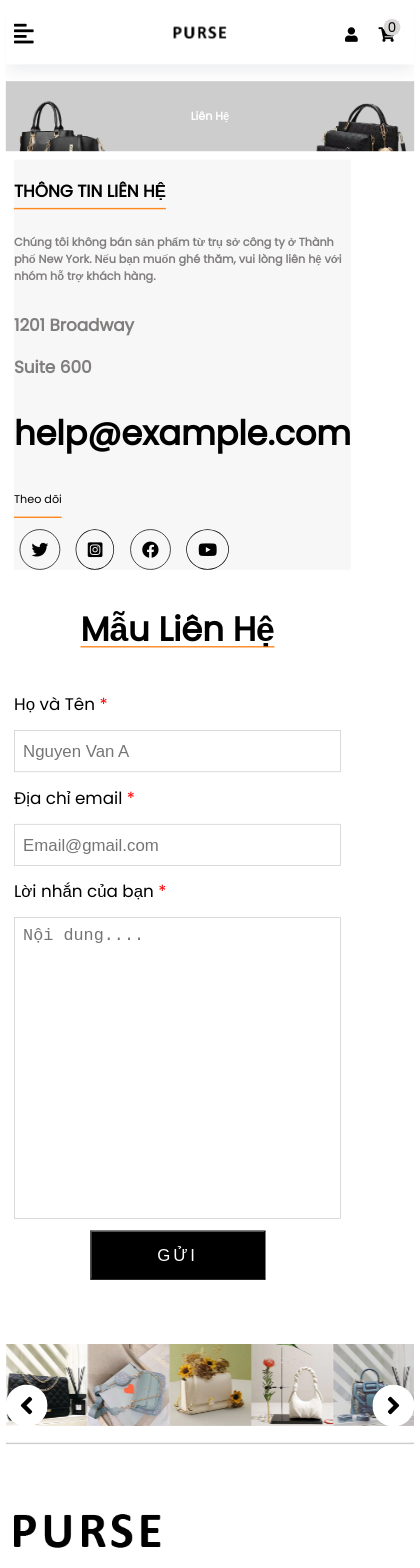
Repository: minh352623/project_firebase
Page: contact.html
An editor plug-in stored every save of this project. The page is shown before and after the next save, followed by the edit.
The browser window is 600 px wide. The pictures show the part of the page from y = 0 to 2240 px (the page is 3188 px tall), at 70% of full size.
Some web libraries are served in a nearby version.

Above is the page before, as saved 2022-05-12 20:17:40.

### contact.html
<!DOCTYPE html>
<html lang="en">

<head>
  <meta charset="UTF-8" />
  <meta http-equiv="X-UA-Compatible" content="IE=edge" />
  <meta name="viewport" content="width=device-width, initial-scale=1.0" />
  <link rel="icon" href="./assets/img/logo.webp">

  <link rel="stylesheet" href="https://cdnjs.cloudflare.com/ajax/libs/font-awesome/5.15.4/css/all.min.css"
    integrity="sha512-1ycn6IcaQQ40/MKBW2W4Rhis/DbILU74C1vSrLJxCq57o941Ym01SwNsOMqvEBFlcgUa6xLiPY/NS5R+E6ztJQ=="
    crossorigin="anonymous" referrerpolicy="no-referrer" />
  <link rel="preconnect" href="https://fonts.googleapis.com" />
  <link rel="preconnect" href="https://fonts.gstatic.com" crossorigin />
  <link href="https://fonts.googleapis.com/css2?family=Poppins&display=swap" rel="stylesheet" />
  <link rel="stylesheet" href="./assets/css/base.css" />
  <link rel="stylesheet" type="text/css" href="https://cdn.jsdelivr.net/npm/slick-carousel@1.8.1/slick/slick.css" />
  <link rel="stylesheet" href="./assets/css/main.css" />
  <link rel="stylesheet" href="./assets/css/contact.css">
  <link rel="stylesheet" href="./assets/css/reponsive.css">

  <title>Liên Hệ</title>
</head>

<body>
  <div class="app">
    <div class="header">
      <div class="navbar">
        <div class="icon-mobile-menu">
          <i class="fas fa-align-left"></i>
        </div>
        <div class="navbar-logo">
          <a href="#">
            <img src="./assets/img/logo.webp" alt="" />
          </a>
        </div>
        <div class="navbar-link ">
          <ul class="navbar-link-list">
            <li class="navbar-link-item mobile-hello"></li>

            <li><a href="trangchu.html" class="navbar-link-item">Trang Chủ</a></li>
            <li><a href="introduce.html" class="navbar-link-item">Giới Thiệu</a></li>
            <li class="link-hover">
              <a href="./product.html" class="navbar-link-item">Sản Phẩm<i class="fas fa-angle-down"></i></a>
              <ul class="product-selsect">
                <li><a href="">Yêu Thích</a></li>
                <li><a href="">Giảm Giá</a></li>
              </ul>
            </li>
            <li><a href="contact.html" class="navbar-link-item">Liên Hệ</a></li>
            <li><a href="" class="navbar-link-item">Thanh Toán</a></li>
            <li><a href="./register.html" class="navbar-link-item delete-log mobile-register">Đăng ký</a></li>
            <li><a href="./index.html" class="navbar-link-item delete-log mobile-login">Đăng nhập</a></li>
            <li><a href="./index.html" class="navbar-link-item mobile-exit">Thoát</a></li>
          </ul>
        </div>

        <div class="navbar-icon">
          <div class="navbar-log">
            <div class="log-in">
              <span>
                <a class="log-in-icon" href="./index.html">
                  Đăng nhập
                </a>
              </span>
            </div>
            <div class="register">
              <span class="register-char">/</span>
              <span><a class="register-icon" href="./register.html">Đăng ký</a></span>
            </div>
          </div>
          <div class="hello ">
            <span>Chào!</span>
            <span class="name-user "></span>
            <span >|</span>
            <a href="./index.html" class="exit">Thoát</a>
          </div>
          <div class="navbar-icon-list">
            <a href="./user.html " class="navbar-icon-item user-icon">
              <i class="fas fa-user"></i>
            </a>
            <span class="navbar-icon-item cart">
              <i class="fas fa-cart-plus"></i>
              <span class="quantity-item">0</span>

            </span>
            <span class="navbar-icon-item search">
              <i class="fas fa-search"></i>
            </span>
          </div>
        </div>
      </div>
    </div>

    <div class="main">
      <div class="contact-banner">
        <h2 class="contact-title">
          Liên Hệ
        </h2>
        <div class="contact-link none">
          <span>Trang chủ</span>
          <span>></span>
          <span>Liên hệ</span>

        </div>
      </div>
      <div class="contact-container">
        <div class="contact-top">
          <div class="contact-top__layout">
            <div class="contact-info">
              <h2 class="contact-info-border">THÔNG TIN LIÊN HỆ</h2>
              <p class="contact-content">Chúng tôi không bán sản phẩm từ trụ sở công ty
                ở Thành phố New York. Nếu bạn muốn ghé thăm, vui lòng liên hệ với nhóm hỗ trợ khách hàng.</p>
              <div>

                <p>1201 Broadway</p>
                <p> Suite 600</p>
              </div>
              <h2 class="contact-email">help@example.com</h2>
              <p class="contact-info-border">Theo dõi</p>

              <div class="contact-info__icon">
                <span class="contact-info__icon-tw">
                  <i class="fab fa-twitter"></i>
                </span>
                <span class="contact-info__icon-insta">
                  <i class="fab fa-instagram-square"></i>
                </span>
                <span class="contact-info__icon-face">
                  <i class="fab fa-facebook"></i>
                </span>
                <span class="contact-info__icon-youtube">
                  <i class="fab fa-youtube"></i>
                </span>
              </div>


            </div>
            <div class="contact-images ">
              <img src="./assets/img/contact/contact-bn2.png" alt="">
            </div>
          </div>

        </div>
        <div class="contact-form">
          <h1>Mẫu Liên Hệ</h1>
          <form class="contact-form-content">
            <div class="contact-form-content-top">
              <div class="contact-form-content-left">
                <div class="contact-form-content-item">
                  <p>Họ và Tên</p>
                  <span>*</span>
                </div>
                <input required type="text" placeholder="Nguyen Van A">
              </div>
              <div class="contact-form-content-right">
                <div class="contact-form-content-item">
                  <p>Địa chỉ email</p>
                  <span>*</span>
                </div>
                <input required type="email" placeholder="Email@gmail.com">
              </div>
            </div>
            <div class="contact-form-content-bot">
              <div class="contact-form-content-item">
                <p>Lời nhắn của bạn</p>
                <span>*</span>
              </div>
              <textarea required name="" id="" cols="50" rows="15" placeholder="Nội dung...."></textarea>
            </div>
            <div class="contact-form-content-btn">
              <button type="submit">GỬI</button>
            </div>

          </form>
        </div>

      </div>
      <div class="contact-instagram">
        <div class="contact-instagram-list">
          <div class="contact-instagram-list-item">
            <img src="./assets/img/contact/instagram1.webp" alt="">
            <div class="contact-instagram-list-item-hover">
              <i class="fab fa-instagram"></i>
            </div>
          </div>
          <div class="contact-instagram-list-item">
            <img src="./assets/img/contact/instagram2.webp" alt="">
            <div class="contact-instagram-list-item-hover">
              <i class="fab fa-instagram"></i>
            </div>
          </div>
          <div class="contact-instagram-list-item">
            <img src="./assets/img/contact/instagram3.webp" alt="">
            <div class="contact-instagram-list-item-hover">
              <i class="fab fa-instagram"></i>
            </div>
          </div>
          <div class="contact-instagram-list-item">
            <img src="./assets/img/contact/instagram4.webp" alt="">
            <div class="contact-instagram-list-item-hover">
              <i class="fab fa-instagram"></i>
            </div>
          </div>
          <div class="contact-instagram-list-item">
            <img src="./assets/img/contact/instagram5.webp" alt="">
            <div class="contact-instagram-list-item-hover">
              <i class="fab fa-instagram"></i>
            </div>
          </div>
          <div class="contact-instagram-list-item">
            <img src="./assets/img/contact/instagram6.webp" alt="">
            <div class="contact-instagram-list-item-hover">
              <i class="fab fa-instagram"></i>
            </div>
          </div>
          <div class="contact-instagram-list-item">
            <img src="./assets/img/contact/instagram7.webp" alt="">
            <div class="contact-instagram-list-item-hover">
              <i class="fab fa-instagram"></i>
            </div>
          </div>



        </div>


      </div>

    </div>

    <div class="footer">
      <div class="footer-content">
        <div class="footer-content-item">
          <div class="footer-content-img">
            <img src="./assets/img/logo.webp" alt="">
          </div>
          <p>Đơn giản tinh tế cho tâm trí độc lập</p>
          <div class="footer-content-icon">
            <a href="#"><i class="fab fa-twitter"></i></a>
            <a href="#"><i class="fab fa-facebook"></i></a>

            <a href="#"><i class="fab fa-instagram-square"></i></a>

          </div>
        </div>
        <div class="footer-content-item">
          <div class="footer-content-item-title">
            <span>Trợ Giúp & Thông Tin</span>
            <ul class="footer-content-item-list">
              <li>Hướng dẫn mua hàng</li>
              <li>Hướng dẫn thanh toán</li>
              <li>Chính sách bảo hành</li>
              <li>Chính sách đổi trả</li>
              <li>Tư vấn khách hàng</li>
            </ul>
          </div>
        </div>
        <div class="footer-content-item">
          <div class="footer-content-item-title">
            <span>Về Chúng Tôi</span>
            <ul class="footer-content-item-list">
              <li>Giới thiệu</li>
              <li>Tin khuyến mãi</li>
              <li>Liên hệ</li>
              <li>Địa chỉ cửa hàng</li>
              <li>Chính sách bảo mật </li>
            </ul>
          </div>
        </div>
        <div class="footer-content-item">
          <div class="footer-content-item-title">
            <span>Hỗ trợ khách hàng</span>
            <ul class="footer-content-item-list">
              <li>Tài khoản</li>
              <li>Giỏ hàng</li>
              <li>Thanh toán</li>
              <li>Kiểm tra đơn hàng</li>
              <li>Cảm nhận khách hàng</li>
            </ul>
          </div>
        </div>

      </div>



    </div>
  </div>
  <div class="model-cart ">
    <div class="cart-container">
      <div class="cart-top">
        <div class="clear cart-top-close">
          <i class="fas fa-times"></i>
        </div>
        <div class="cart-top-title">
          <span>Giỏ Hàng</span>
        </div>
        <div class="cart-top-quantity">
          <span>1</span>
        </div>

      </div>

      <div class="array-empty"></div>
      <div class="cart-center">
      </div>

      <div class="cart-bottom">
        <div class="cart-bottom-price">
          <span>Tổng tiền:</span>
          <span class="total-price">0</span>
        </div>

        <div class="cart-bottom-btn">
          <a href="#"> <button>Xem giỏ hàng</button></a>
          <a href="#"> <button>Thanh toán</button></a>

        </div>
      </div>
    </div>

  </div>

  <script type="text/javascript" src="https://code.jquery.com/jquery-1.11.0.min.js"></script>
  <script type="text/javascript" src="https://code.jquery.com/jquery-migrate-1.2.1.min.js"></script>
  <script type="text/javascript" src="https://cdn.jsdelivr.net/npm/slick-carousel@1.8.1/slick/slick.min.js"></script>
  <script src="./js/slick.js"></script>
  <script src="./js/main.js" type="module"></script>
  <script src="./js/user.js"></script>

</body>

</html>

### assets/css/base.css
:root{
    --background-main:#e4e4e4;
    --hover-color:#ff871d ;
    --white-color:#fff;
    --text-color: #000;

}

*{
    box-sizing:  border-box;
}

html{
    /* 16px */
    font-size: 100%;
    line-height: 1.6rem;
    font-family: 'Poppins', sans-serif;
    scroll-behavior: smooth;
}

### assets/css/contact.css
.contact-banner{
    background-image: url('../img/contact/contact-bn1.png');
    background-size: contain;
    height: 60vh;
    display: flex;
    flex-direction: column;
    justify-content: center;
    align-items: center;
}

.contact-title {
    color: #fff;
    font-size: 3rem;
}
.contact-link {
    font-size: 1.5rem;
    color: #fff;


}
.contact-container{

    width: 80%;
    margin: 24px auto;
}
.contact-top{
    display: flex;
    justify-content: center;
}
.contact-top__layout{
    display: grid;
    grid-template-columns: 1fr 1fr;
    background-color: #f7f7f7;
    padding: 8px;
}
.contact-info{
    padding: 0 30px;
    display: flex;
    flex-direction: column;
    justify-content: space-between;

}

.contact-images img{
    width: 100%;
    height: 100%;
    object-fit: cover;
}
.contact-info >div,
.contact-content{
    font-weight: 600;
    color: rgb(129, 126, 126);
    font-size: 1.5rem;
    line-height: 1.5;

}
.contact-email{
    font-size: 3rem;
}
.contact-info > p:nth-child(2){
    font-size: 1.4rem;
}


.contact-info__icon i{
    margin: 0 8px;
    padding: 16px;
    border: 1px solid #000;
    border-radius:50%;
    color: #000;
    cursor: pointer;

}
.contact-info__icon i:hover{
    background-color: var(--hover-color);
    color: var(--white-color)
}
.contact-form h1,
.contact-info-border{
    border-bottom: 2px solid #ff871d;
    display: inline;
    width: fit-content;
    padding: 12px 0;
}

.contact-form{
    display: flex;
    flex-direction: column;
    margin: 48px 0;
}
.contact-form h1{
    text-align: center;
    margin: 12px auto;
    font-size:3rem;
}
.contact-form-content{
    margin: 32px 0;
    font-size: 1.5rem;
}
.contact-form-content-top{
    display: grid;
    grid-template-columns: 1fr 1fr;
    grid-gap: 0 24px;
}

.contact-form-content-right input,
.contact-form-content-left input{
    width: 100%;
    height: 60px;
    font-size: 1.5rem;
    padding: 12px;
    border:1px solid #ccc;
}

.contact-form-content-bot textarea{
    width: 100%;
    resize: none;
    font-size: 1.5rem;
    padding: 12px;
    border-color: #ccc;

}
.contact-form-content-item p{
  display: inline-block;
}
.contact-form-content-item span{
    color: red;
    font-size: 1.5rem;
}

.contact-form-content-btn{
    text-align: center;
    padding: 12px;

}
.contact-form-content-btn button{
    width: 250px;
    height: 70px;
    font-size: 1.5rem;
    color: var(--white-color);
    background-color: var(--text-color);
    letter-spacing: 4px;
    cursor: pointer;
}
.contact-form-content-btn button:hover{
    background-color: var(--hover-color);
    border: 0;
}


.contact-instagram-list-item{
    position: relative;
    display: grid;
    grid-template-columns: repeat(4, 1fr);
    overflow: hidden;
}
.contact-instagram-list-item img{
    width: 100%;
    transition: all 0.6s ease;
    object-fit: cover;
}
.contact-instagram-list-item-hover{
    position: absolute;
    top: 0;
    left: 0;
    bottom: 0;
    right: 0;
    display: flex;
    justify-content: center;
    align-items: center;
    color: var(--white-color);
    font-size: 3rem;
    background-color: rgba(0, 0, 0, 0.6);
    visibility: hidden;
    opacity: 0;
    transition: all 1s ease;

}
.contact-instagram-list-item:hover img {
    transform: scale(1.2);
}

.contact-instagram-list-item:hover .contact-instagram-list-item-hover{
 visibility: visible;
 opacity: 1;

}
.user-icon{
    text-decoration: none;
    color: #000;
}

### assets/css/reponsive.css

@media (min-width: 740px) and (max-width: 1023px){

}
/* mobile */
@media  (max-width: 739px){
    .navbar-logo img {
        width: 75px;
    }
    .search {
        display: none;
    }
    .navbar-link {
        position: fixed;
        background-color: rgba(0, 0, 0, 0.4);
        z-index: 999;
        top: 0;
        bottom: 0;
        right: 0;
        left: 0;
        visibility: hidden;


    }
    .navbar-link.active{
        visibility: visible;
    }
    .navbar-link.active .navbar-link-list{
        transform: translateX(0);
        opacity: 1;
    }
    .navbar-link-list{
        position: absolute;
        background-color: #fff;
        top: 0;
        left: 0;
        bottom: 0;
        flex-direction: column;
        margin-top: 0;
        box-shadow: rgba(149, 157, 165, 0.2) 0px 8px 24px;
        width: 300px;
        transform: translateX(-100%);
        opacity: 0;
        transition: all 0.5s ease;
    }
    .navbar-link-list li{


        border-bottom: 0.5px solid #999;
    }

    .navbar-link-list li a{
        text-align: left;

        padding: 8px;
        margin: 20px 0;
        display: flex;
        font-size: 1.2rem;
        text-transform: uppercase;
    }
    .navbar-log{
        display: none;
    }
    .icon-mobile-menu {
        display: block;
        margin-right: 50px;
    }
    .main-banner{
        grid-template-columns: repeat(1,1fr);
        grid-gap:12px 0
    }
    .main-conent{
        display: none;
    }
    .main-product {
        grid-template-columns: repeat(1,1fr);
        overflow-y: auto;
    }
    .main-time{
        display: none;
    }
    .none{
        display: none;
    }
    .main-blog-list{
        grid-template-columns: 1fr;
    }
    .footer-content{
        grid-template-columns: repeat(1,1fr);
    }


    /* Introduce */
    .contact-banner{
        background-repeat: no-repeat;
        height: 100px;
        width: 100%;
        background-size: cover;
    }
    .contact-title{
        font-size: 1rem;


    }
    .main-content{
        width: 100%;
    }
    .main-content-text{
        padding: 0;
    }
    .main-content-item{
        grid-template-columns: repeat(1,1fr);
    }
    .main-content .main-content-item:nth-child(2){
        display: flex;
        flex-direction: column-reverse;
    }

    .page-product{
        grid-template-columns: repeat(2 ,1fr);
    }
    .contact-top__layout{
    display: grid;
    grid-template-columns: repeat(1,1fr);
    grid-gap:12px 0

    }
    .contact-container{
        width: 80%;
        margin: 12px;
    }
    .contact-top{
        margin-top: 12px;
        width: fit-content;
    }
    .contact-top__layout,
    .contact-info{
        padding: 0;
    }
    .contact-form-content{
        display: grid;
        grid-template-columns: repeat(1,1fr);
    }
    .contact-form-content-top{
        grid-template-columns: repeat(1,1fr);
    }
    .cart-container{
        width: 80%;
    }
    .contact-images {
        display: none;
    }

    /* login */
    .main{
        width: 100%;
    }
    .main-login form{
        grid-template-columns: repeat(1, 1fr);
    }
    .main-login{
        width: 100%;
        margin: 0;
    }

    .main-login-item input{
        width: 100%;
    }
    .main-register,
    .mess{
        width: 100%;
    }
    .main-register form{
        grid-template-columns: repeat(1,1fr);
    }
    .main-register-item input{
        width: 100%;
    }
    .hello{
        display: none;
    }
    .mobile-heollo,
    .delete-log,
    .mobile-exit{
        display: block;
    }

    /* contact */
    .contact-info > p:nth-child(2){
        font-size: 1rem;
    }
    .contact-top__layout, .contact-info{
        width: 100%;
    }
}

Loaded but not shown: js/main.js (210 lines, source omitted); js/data.js (167 lines, source omitted); js/user.js (50 lines, source omitted); js/slick.js (33 lines, source omitted); assets/css/main.css (640 lines, source omitted)

After the next save:
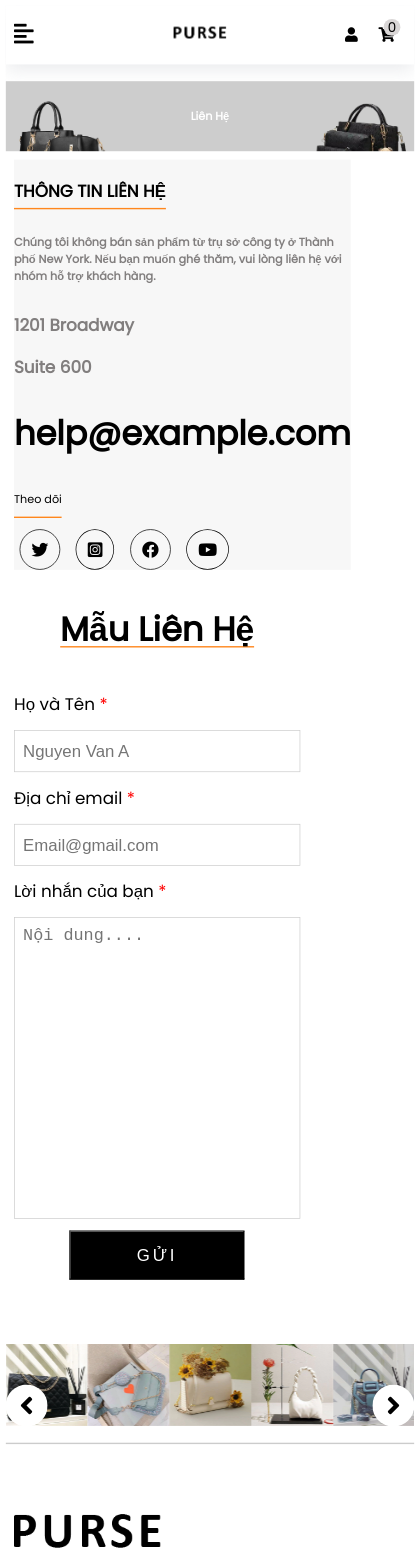
Saved 13 s later.
--- a/assets/css/reponsive.css
+++ b/assets/css/reponsive.css
@@ -126,7 +126,7 @@
 
     }
     .contact-container{
-        width: 80%;
+        width: 70%;
         margin: 12px;
     }
     .contact-top{
